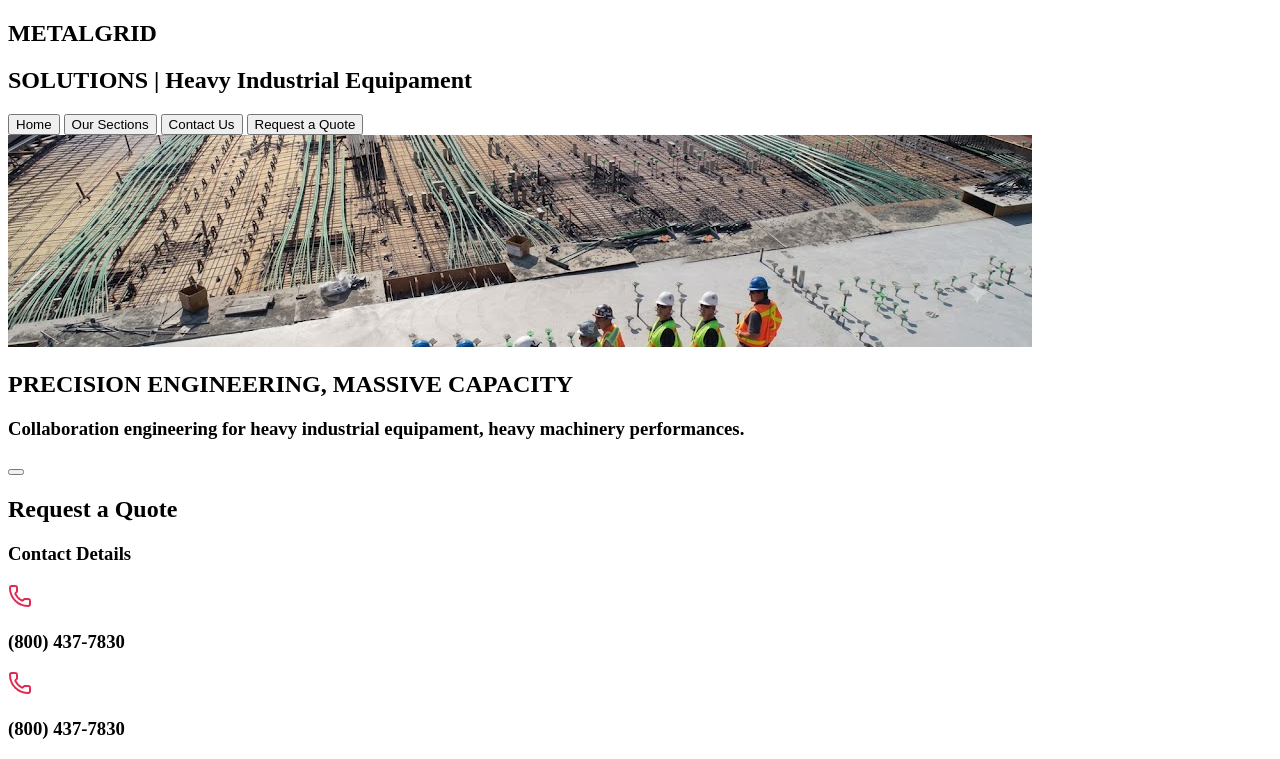
Repository: MiguelSebastiana/AtividadesFrontEnd
Page: aulaDia12Junho/index.html
These files come from the project's save history. The page is drawn as it stood at one moment and after the next save; the edit follows.
The browser window is 1280 px wide. The pictures show the whole page.

Above is the page before, as saved 2026-06-12 19:14:20.

After the next save:
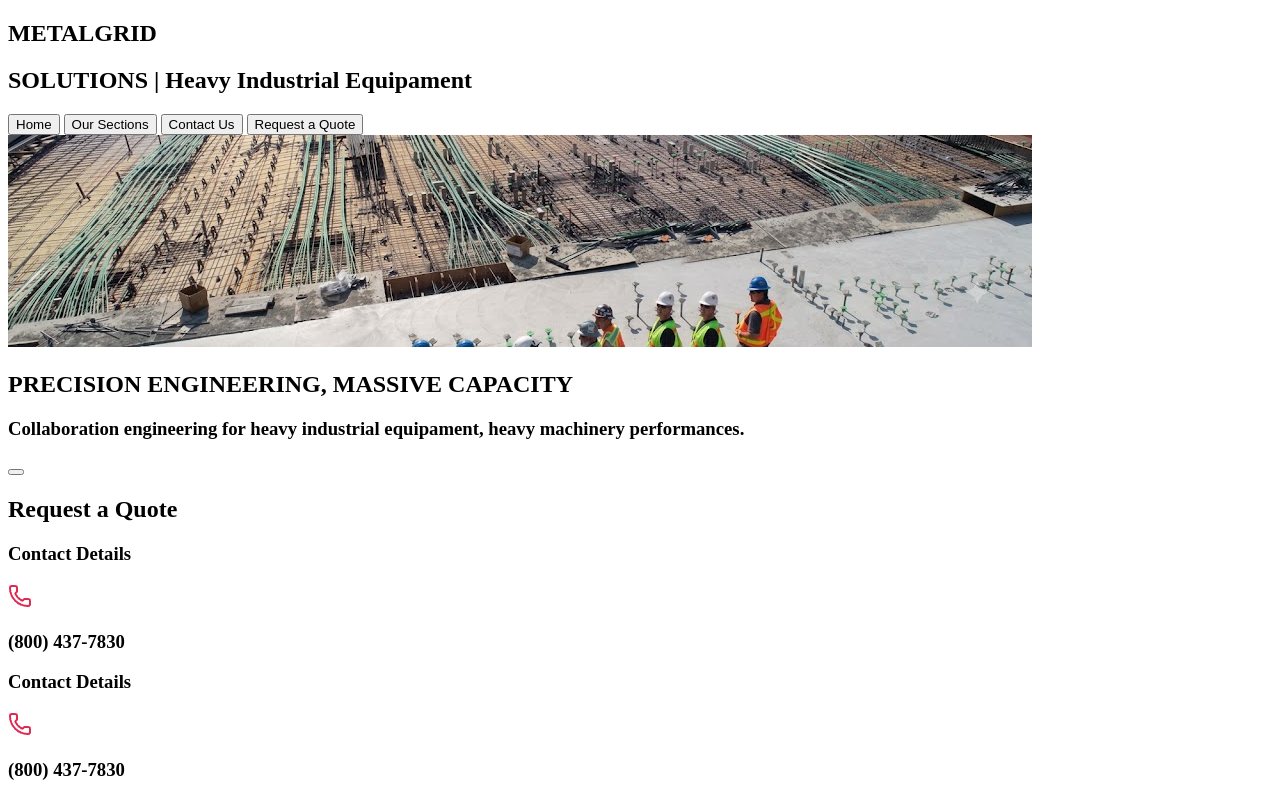
Saved 11 s later.
--- a/aulaDia12Junho/index.html
+++ b/aulaDia12Junho/index.html
@@ -52,6 +52,8 @@
                 <h3 class="numero">(800) 437-7830</h3>
             </div>
 
+            <h3 class="contact">Contact Details</h3>
+
             <div class="iconeTexto">
                 <img class="telefone" src="phone (2).png" alt="Telefone">
                 <h3 class="numero">(800) 437-7830</h3>
